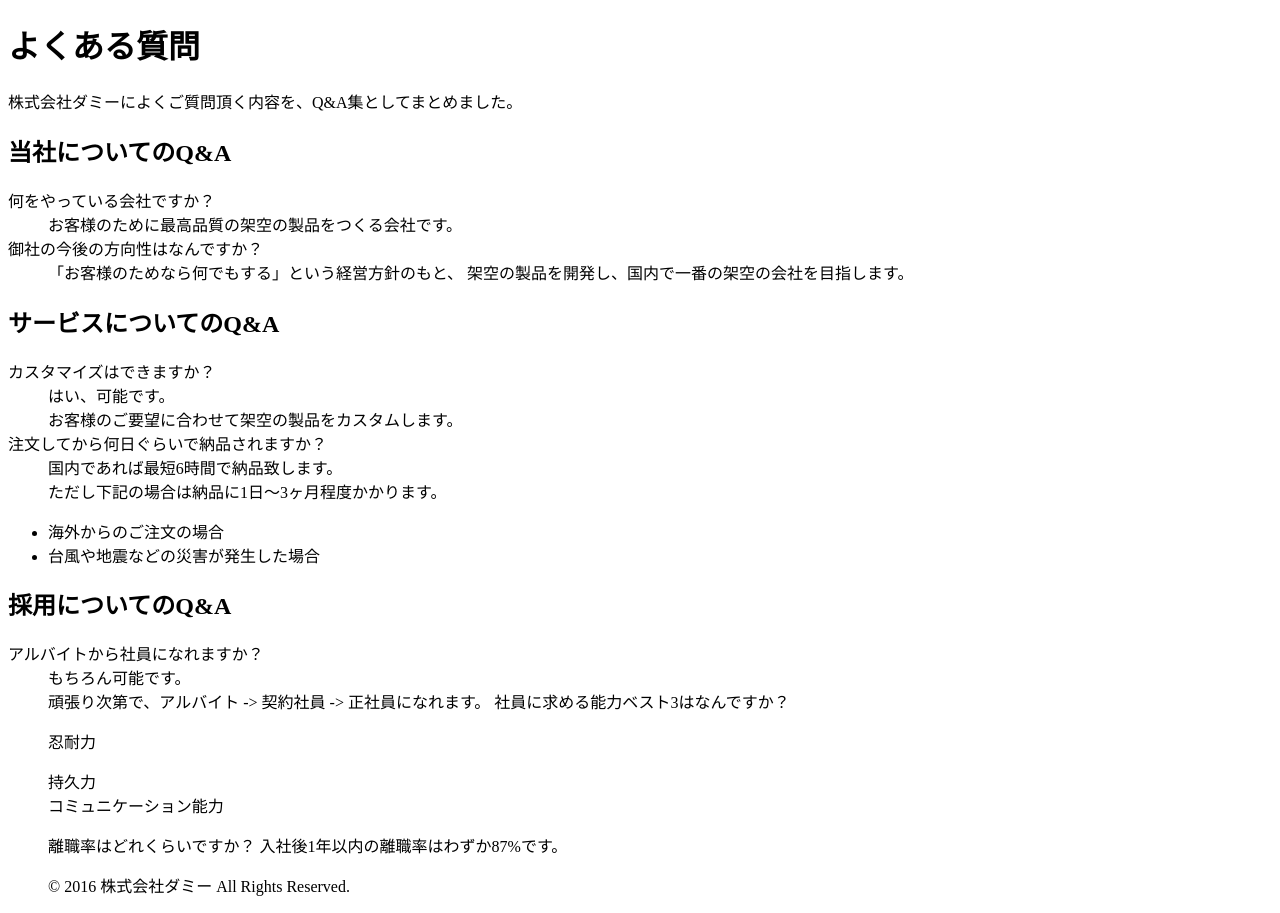
Repository: winc1980/practice-hp2022-wednesday
Page: ruka/practice1.html
An editor plug-in stored every save of this project. The page is shown before and after the next save, followed by the edit.
The browser window is 1280 px wide. The pictures show the whole page.

Above is the page before, as saved 2022-05-26 00:36:02.

### ruka/practice1.html
<!DOCTYPE html>
<html lang="ja">
<head>
    <meta charset="UTF-8">
    <meta http-equiv="X-UA-Compatible" content="IE=edge">
    <meta name="viewport" content="width=device-width, initial-scale=1.0">
    <title>よくある質問 | 架空の株式会社ダミー</title>
</head>
<body>
    <h1>よくある質問</h1>

<p>
株式会社ダミーによくご質問頂く内容を、Q&A集としてまとめました。
</p>

<h2>当社についてのQ&A</h2>


何をやっている会社ですか？
<dd>
お客様のために最高品質の架空の製品をつくる会社です。
</dd>

御社の今後の方向性はなんですか？
<dd>
「<span>お客様のためなら何でもする</span>」という経営方針のもと、
架空の製品を開発し、<span>国内で一番の架空の会社を目指します。</span>
</dd>


<h2>サービスについてのQ&A</h2>

カスタマイズはできますか？
<dd>
はい、可能です。<br>
お客様のご要望に合わせて架空の製品をカスタムします。
</dd>

注文してから何日ぐらいで納品されますか？
<dd>
国内であれば最短6時間で納品致します。<br>
ただし下記の場合は納品に1日〜3ヶ月程度かかります。
</dd>
<ul>
<li>
海外からのご注文の場合
</li>
<li>
台風や地震などの災害が発生した場合
</li>
</ul>
<h2>採用についてのQ&A</h2>

アルバイトから社員になれますか？
<dd>
もちろん可能です。<br>
頑張り次第で、アルバイト -> 契約社員 -> 正社員になれます。

社員に求める能力ベスト3はなんですか？
<dl>
<dl>忍耐力</dl>
<dt>持久力</dt>
<dt>コミュニケーション能力</dt>
</dl>



離職率はどれくらいですか？
入社後1年以内の離職率は<span >わずか</span>87%です。
<p>
© 2016 株式会社ダミー All Rights Reserved.
</p>
</body>
</html>

After the next save:
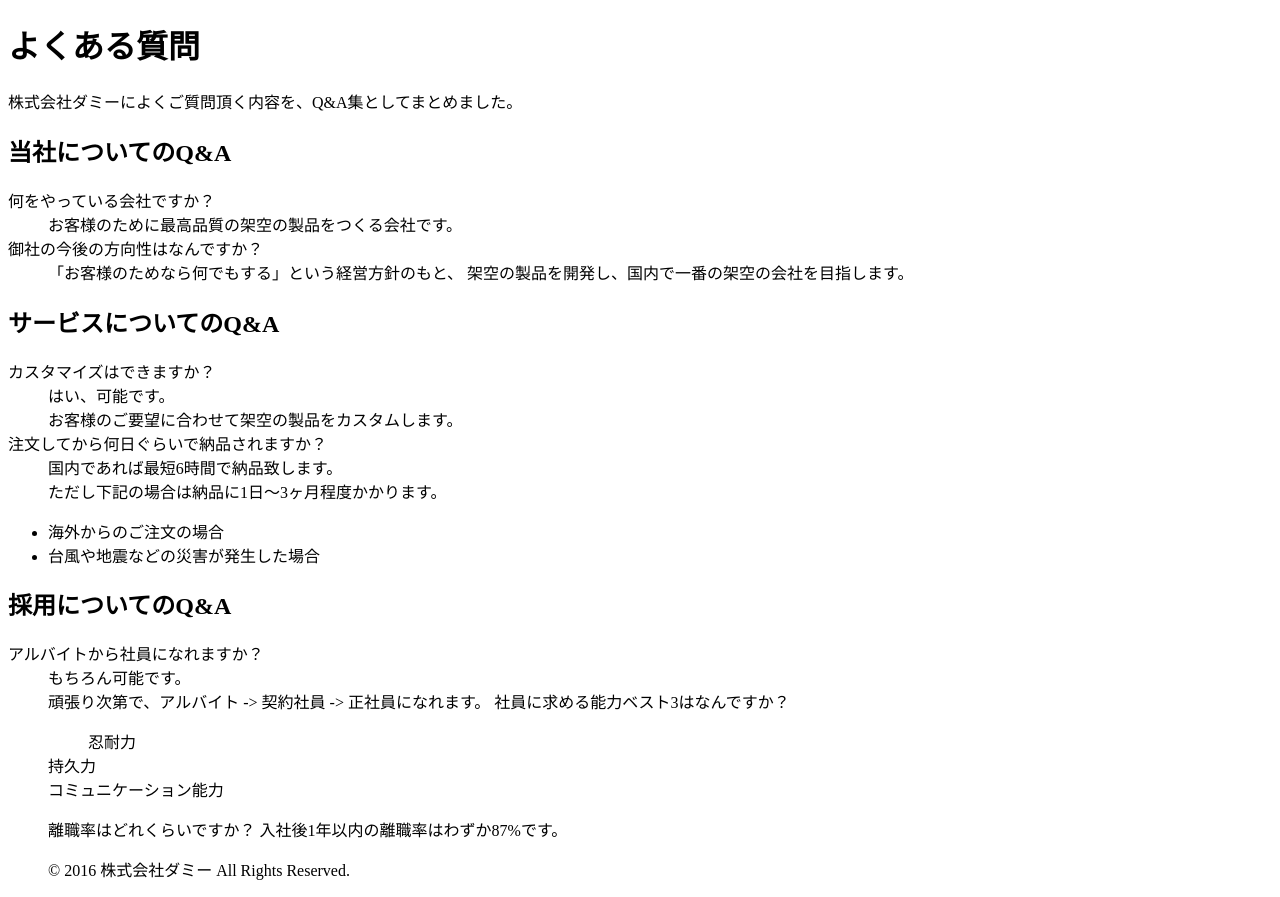
Saved 4 s later.
--- a/ruka/practice1.html
+++ b/ruka/practice1.html
@@ -58,7 +58,7 @@
 
 社員に求める能力ベスト3はなんですか？
 <dl>
-<dl>忍耐力</dl>
+<dd>忍耐力</dd>
 <dt>持久力</dt>
 <dt>コミュニケーション能力</dt>
 </dl>
